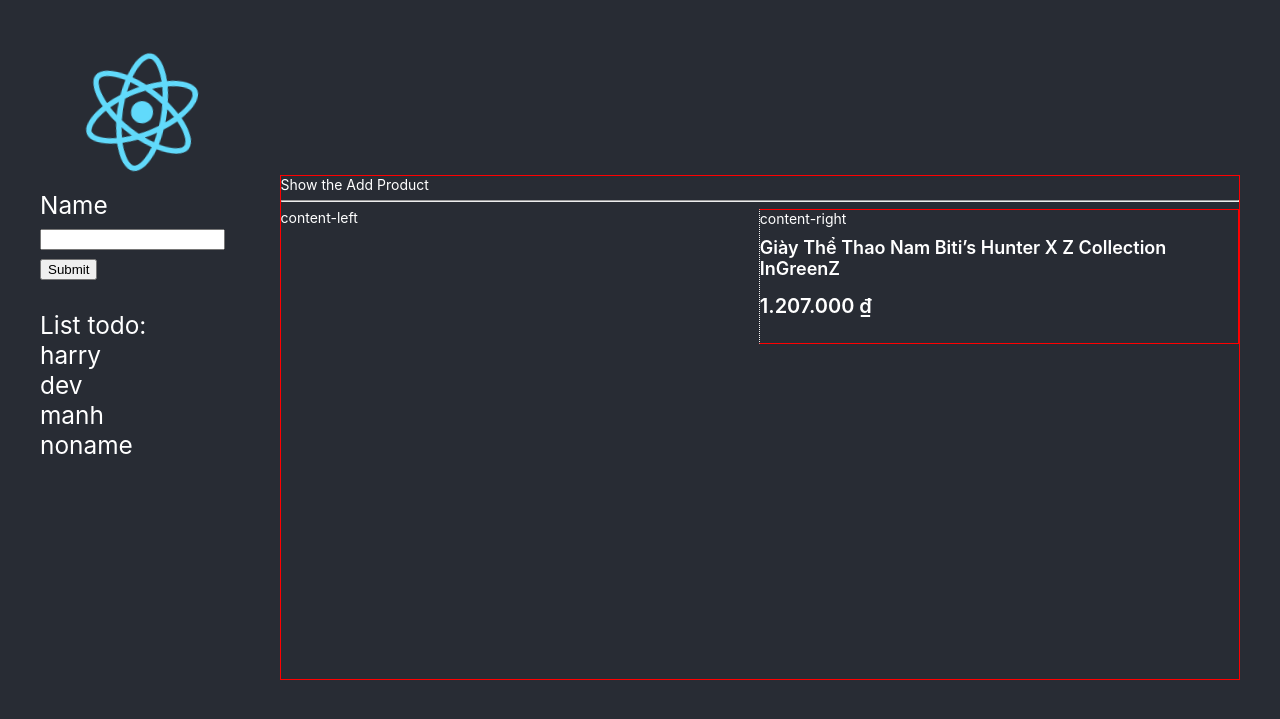
Repository: minh66hn/base-react-hook
Page: /
These files come from the project's save history. The page is drawn as it stood at one moment and after a run of saves; the edit follows.
The browser window is 1280 px wide. The pictures show the whole page.
The project was rebuilt for these pictures with package versions that can differ from the ones it lists, and the page was loaded fresh each time.

Above is the page before, as saved 2022-05-01 17:11:11.

### src/App.js
import React from "react";

import logo from "./logo.svg";
import "./App.scss";
import Home from "./components/Home";
import AddNewProduct from "./components/AddNewProduct";
import Product from "./components/Products/Product";

function App() {
  return (
    <div className="App">
      <header className="App-header content-left">
        <img src={logo} className="App-logo" alt="logo" />
        <Home></Home>
      </header>
      <div className="content-right">
        <AddNewProduct />
        <hr />
        <Product />
      </div>
    </div>
  );
}

export default App;

### src/App.scss
.App {
  padding: 40px;
  background-color: #282c34;
  height: calc(100vh - 80px);
  font-size:14px;
  display: flex;

  .content-left{
    width:20%;
  }


  .content-right{
    /* border: 1px solid red; */
    width: 80%;
    margin-top:135px;
    color: white;
    border :1px solid red
  }

}

.App-logo {
  height: 20vmin;
  pointer-events: none;
}

@media (prefers-reduced-motion: no-preference) {
  .App-logo {
    animation: App-logo-spin infinite 20s linear;
  }
}

@keyframes App-logo-spin {
  from {
    transform: rotate(0deg);
  }
  to {
    transform: rotate(360deg);
  }
}
.App-header {
  /* min-height: 100vh; */
  /* display: flex;
  flex-direction: column; */
  /* align-items: center;
  justify-content: center; */
  font-size: calc(10px + 2vmin);
  color: white;
  /* border: 1px solid green; */
  width: 50%;
}

.input-product input{
  width:50%;
  height:24px;
  outline: none;
  border-radius: 10px;
}
.input-product{
  margin-bottom: 10px;
  display:flex;
  flex-direction: column;
  gap:5px;
}
button{
  cursor: pointer;
}
.App-link {
  color: #61dafb;
}

/* img {
  display: block;
  max-width: 100%;
}
.youtube-list {
  display: grid;
  grid-template-columns: repeat(4, 2fr);
  grid-gap: 25px;
  padding: 25px;
}
.youtube-image {
  height: 250px;
  margin-bottom: 15px;
}
.youtube-image img {
  width: 100%;
  height: 100%;
  object-fit: cover;
}
.youtube-footer {
  display: flex;
  align-items: flex-start;
  gap: 0 20px;
}
.youtube-avatar {
  width: 50px;
  height: 50px;
  border-radius: 100rem;
  object-fit: cover;
  flex-shrink: 0;
}
.youtube-title {
  font-size: 18px;
  margin-bottom: 10px;
}
.youtube-author {
  font-size: 14px;
  color: #999;
  font-weight: 300;
} */

### src/components/Home.js
import React from "react";
import { useState } from "react";
import AddTodo from "./AddTodo";
import DisplayListTodo from "./DisplayListTodo";
const Home = () => {
  const [todo, setTodo] = useState("");
  const randomIntFromInterval = (min, max) => {
    // min and max included
    return Math.floor(Math.random() * (max - min + 1) + min);
  };

  const [listTodo, setListTodo] = useState([
    { id: 1, name: "harry" },
    { id: 2, name: "dev" },
    { id: 3, name: "manh" },
    { id: 4, name: "noname" },
  ]);
  const handleDeleteBtn = (id) => {
    alert(`you deleted item by id:${id}`);
    let updateListTodo = listTodo.filter((item) => item.id !== id);
    setListTodo(updateListTodo);
  };
  const handleClickbtn = (todo) => {
    const todoItem = {
      id: randomIntFromInterval(5, 999),
      name: todo,
    };
    console.log(listTodo);
    if (!todo) {
      alert("please enter todo");
      return 0;
    }
    //catch1
    // let curentTodo = listTodo;
    // curentTodo.push(todoItem);
    // setListTodo(curentTodo);
    //catch2
    setListTodo([...listTodo, todoItem]);
    setTodo("");
  };

  return (
    <div>
      <AddTodo handleClickbtn={handleClickbtn} todo={todo} setTodo={setTodo} />
      <DisplayListTodo childData={listTodo} handleDeleteBtn={handleDeleteBtn} />
    </div>
  );
};

export default Home;

### src/components/AddNewProduct.js
import React from "react";
import { useState } from "react";

const AddNewProduct = () => {
  const [productName, setProductName] = useState("");
  const [producPrice, setProductPrice] = useState(0);
  const [productSize, setProductSize] = useState(0);
  const [productColor, setProductColor] = useState("");
  const [isShowDetail, setIsShowDetail] = useState(false);

  const handleClickbtn = () => {
    let object = { productName, producPrice, productSize, productColor };
    let ListProducts = localStorage.getItem("ListProducts");
    console.log(ListProducts);
    if (ListProducts) {
      let arr = [JSON.parse(ListProducts)];
      arr.push(object);
      localStorage.setItem("ListProducts", JSON.stringify(arr));
    } else {
      localStorage.setItem("ListProducts", JSON.stringify(object));
    }
    setProductName("");
    setProductPrice(0);
    setProductSize(0);
    setProductColor("");
  };
  const handleIsHide = (currentShow) => {
    let isShow = !currentShow;
    setIsShowDetail(isShow);
  };
  return (
    <div>
      {isShowDetail === true && (
        <fieldset>
          <legend>Add New Product:</legend>
          <div className="input-product">
            <label>Name</label>
            <input
              value={productName}
              type="text"
              onChange={(event) => {
                setProductName(event.target.value);
              }}
            />
          </div>
          <div className="input-product">
            <label>Price</label>
            <input
              value={producPrice}
              type="text"
              onChange={(event) => {
                setProductPrice(event.target.value);
              }}
            />
          </div>
          <div className="input-product">
            <label>Size</label>
            <input
              value={productSize}
              type="number"
              onChange={(event) => {
                setProductSize(event.target.value);
              }}
            />
          </div>
          <div className="input-product">
            <label>Color</label>
            <input
              value={productColor}
              type="text"
              onChange={(event) => {
                setProductColor(event.target.value);
              }}
            />
          </div>
          <div>
            <button type="button" onClick={() => handleClickbtn()}>
              Submit
            </button>
          </div>
        </fieldset>
      )}

      {isShowDetail === true ? (
        <div
          onClick={() => {
            handleIsHide(true);
          }}
        >
          Is Hide Add Product
        </div>
      ) : (
        <div
          onClick={() => {
            handleIsHide(false);
          }}
        >
          Show the Add Product
        </div>
      )}
    </div>
  );
};

export default AddNewProduct;

### src/components/Products/Product.js
import React from "react";
import "../Products/Product.scss";
const Product = () => {
  return (
    <div className="products-container">
      <div className="content-left">content-left</div>
      <div className="content-right">
        content-right
        <div className="title">Giày Thể Thao Nam Biti’s Hunter X Z Collection InGreenZ</div>
        <div className="price">1.207.000 ₫</div>
        <div className="size"></div>
      </div>
    </div>
  );
};

export default Product;

### src/components/AddTodo.js
import React from "react";

const AddTodo = (props) => {
  const { handleClickbtn, todo, setTodo } = props;
  return (
    <div>
      <label>Name</label>
      <input
        type="text"
        value={todo}
        onChange={(event) => {
          console.log("check event:", event);
          setTodo(event.target.value);
        }}
      />
      <button
        type="button"
        onClick={() => {
          handleClickbtn(todo);
        }}
      >
        Submit
      </button>
      <br />
      <br />
    </div>
  );
};

export default AddTodo;

### src/components/DisplayListTodo.js
import React from "react";

const DisplayListTodo = (props) => {
  const listData = props.childData;
  const handleDeleteBtn = (id) => {
    props.handleDeleteBtn(id);
  };
  return (
    <div>
      <div>List todo:</div>
      {listData.map((item) => {
        console.log(item);
        return (
          <div
            key={item.id}
            onClick={() => {
              handleDeleteBtn(item.id);
            }}
          >
            {item.name}
          </div>
        );
      })}
    </div>
  );
};

export default DisplayListTodo;

### src/components/Products/Product.scss
.products-container{
    display:flex;
    flex-direction: row;
.content-right{
    border-left:1px dotted  #f5f5f5;

    margin-top: 0px;
    width:50%;
    .title{
        font-size:18px;
        font-weight: 600;
        text-align: left;
        padding: 10px 0;
    }
    .price{
        font-size: 20px;
        font-weight: 600;
        padding: 5px 0 15px 0;
    }
    .size{
        padding: 5px 0;
    }
    .action{
        display: flex;
        flex-direction: column;
        .buy{
            cursor: pointer;
            height: 27px;
            width: 171px;
            color:#ffffff;
            background-color:#ff3945;
            border-radius: 5px;
        }
        .quantity{
            height: 14px;
            width: 35px;
            border-radius: 3px;
            }
        .buy:hover{
            background-color: #FEFBE7;
            color:#FF6363
        }
    }
}
.content-left{
    width:50%;
    .img-up{
        img{
            width: 80%;
            height: 100%;
            object-fit: cover

        }
    }
    .img-down{
        display: flex;
        gap:10px;

        .img-small{
            img{
                height: 100px;
                width: 100px;
                border-radius: 3px;
                cursor: pointer;
            }

    }

    }

}
}

Loaded but not shown: public/index.html (common file); src/index.js (common file); src/index.css (common file); src/reportWebVitals.js (common file)

After the next 2 saves:
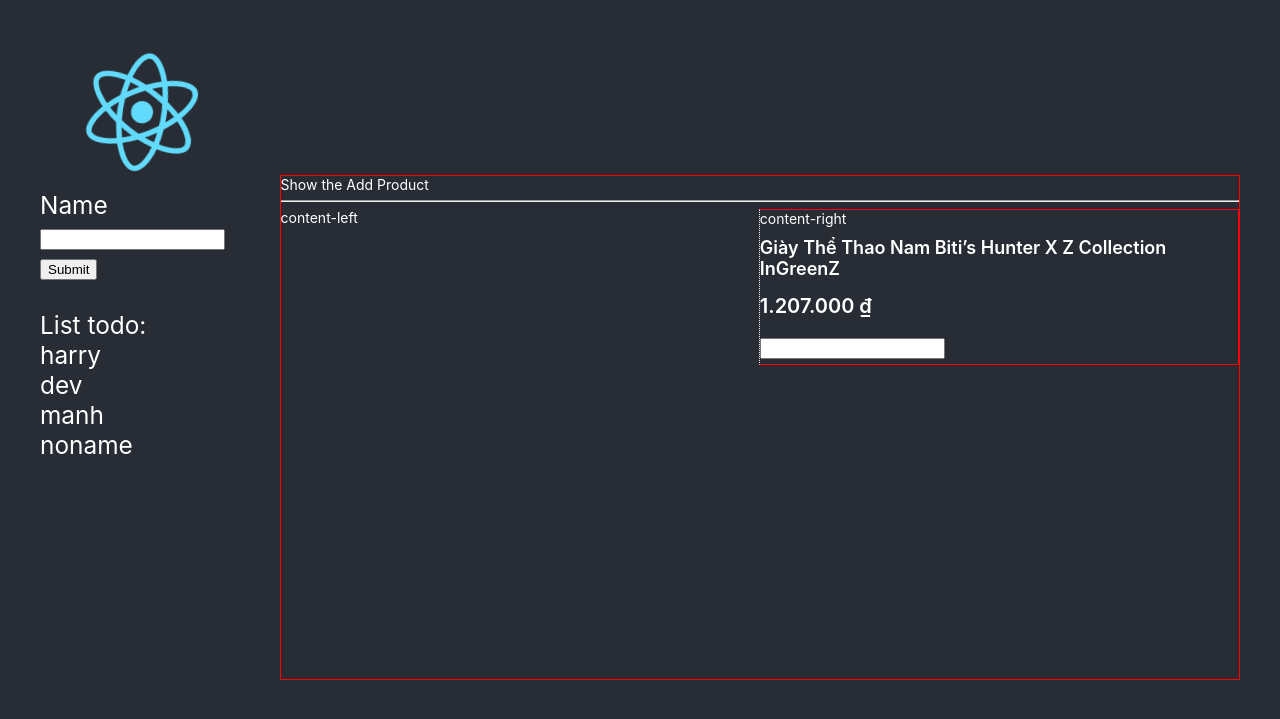
The 2 saves are shown as one change because they came seconds apart.
The last was saved 25 s later.
--- a/src/components/Products/Product.js
+++ b/src/components/Products/Product.js
@@ -8,7 +8,7 @@
         content-right
         <div className="title">Giày Thể Thao Nam Biti’s Hunter X Z Collection InGreenZ</div>
         <div className="price">1.207.000 ₫</div>
-        <div className="size"></div>
+        <div className="size"><input type="text" /></div>
       </div>
     </div>
   );
